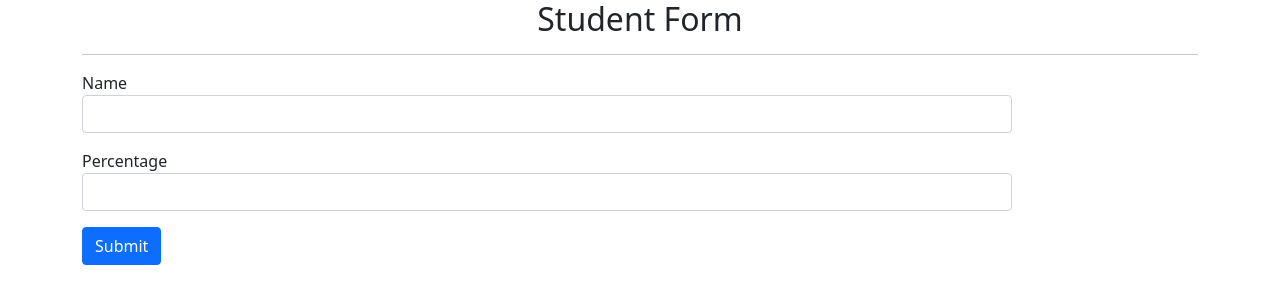
Repository: valletivarish/monojsp
Page: http://localhost/10-student-mvc-db/add-student.jsp
These files come from the project's save history. The page is drawn as it stood at one moment and after the next save; the edit follows.
The browser window is 1280 px wide. The pictures show the whole page.
The page is served by Tomcat 9. Other server files are loaded and not shown.

Above is the page before, as saved 2024-07-17 12:41:13.

### 10-student-mvc-db/WebContent/add-student.jsp
<%@ page language="java" contentType="text/html; charset=ISO-8859-1"
	pageEncoding="ISO-8859-1"%>
<!DOCTYPE html>
<html>
<head>
<meta charset="ISO-8859-1">
<title>Insert title here</title>
<link
	href="https://cdn.jsdelivr.net/npm/bootstrap@5.0.2/dist/css/bootstrap.min.css"
	rel="stylesheet"
	integrity="sha384-EVSTQN3/azprG1Anm3QDgpJLIm9Nao0Yz1ztcQTwFspd3yD65VohhpuuCOmLASjC"
	crossorigin="anonymous">
<script
	src="https://cdn.jsdelivr.net/npm/bootstrap@5.0.2/dist/js/bootstrap.bundle.min.js"
	integrity="sha384-MrcW6ZMFYlzcLA8Nl+NtUVF0sA7MsXsP1UyJoMp4YLEuNSfAP+JcXn/tWtIaxVXM"
	crossorigin="anonymous"></script>
</head>
<body>
	<div class="container" my-5>
		<h2 class="text-center">Student Form</h2>
		<hr>
		<form action="student" method="post">
			<div class="col-sm-10 my-3">
				<input type="hidden" name="command" value="add" id="name"
					class="form-control">
			</div>
			<div class="col-sm-10 my-3">
				<label for="name" class="label">Name</label> <input type="text"
					name="name" id="name" class="form-control">
			</div>
			<div class="col-sm-10 my-3">
				<label for="percentage" class="label">Percentage</label> <input
					type="text" name="percentage" id="percentage" class="form-control">
			</div>

			<div class="col-sm-10">
				<input type="submit" value="Submit" class="btn btn-primary">
			</div>
		</form>
	</div>
</body>
</html>

After the next save:
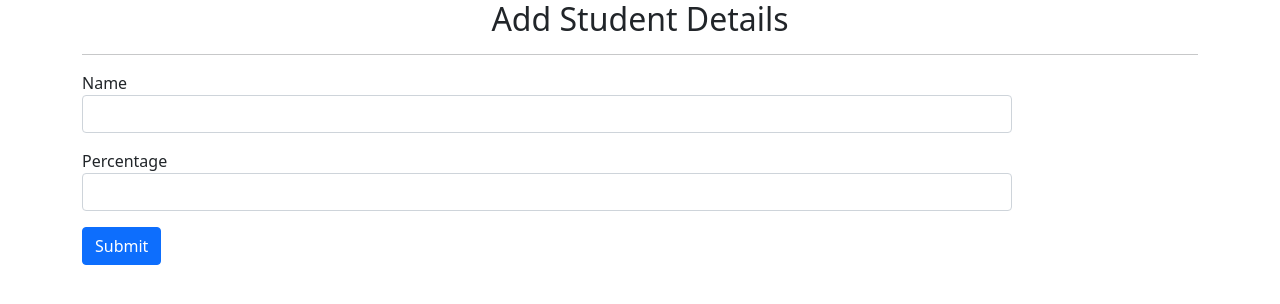
Saved 16 h 37 min later.
--- a/10-student-mvc-db/WebContent/add-student.jsp
+++ b/10-student-mvc-db/WebContent/add-student.jsp
@@ -17,7 +17,7 @@
 </head>
 <body>
 	<div class="container" my-5>
-		<h2 class="text-center">Student Form</h2>
+		<h2 class="text-center">Add Student Details</h2>
 		<hr>
 		<form action="student" method="post">
 			<div class="col-sm-10 my-3">
